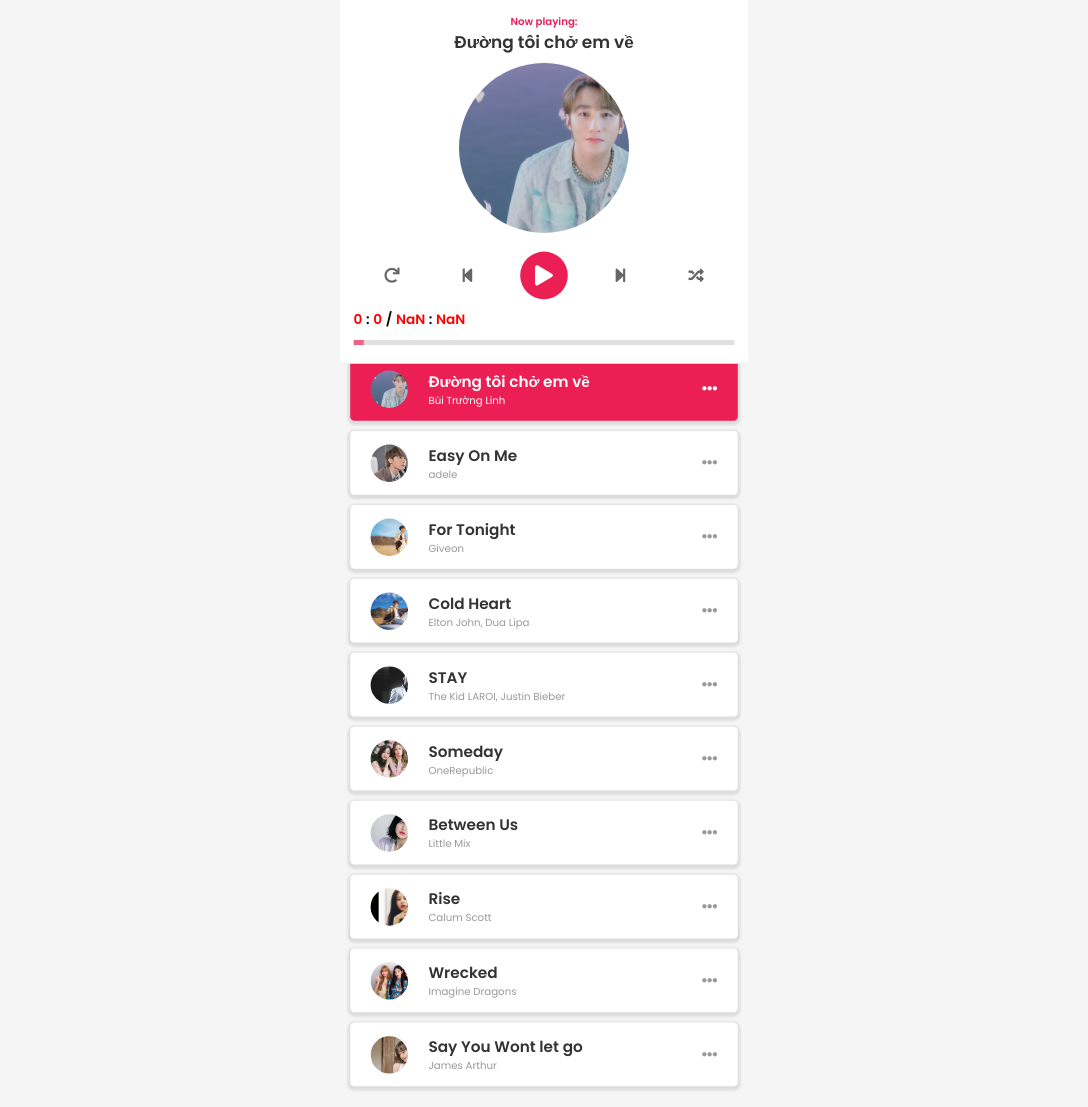
Repository: maivannhan1998/MusicPlayer.github.io
Page: index.html
An editor plug-in stored every save of this project. The page is shown before and after the next save, followed by the edit.
The browser window is 1280 px wide. The pictures show the whole page, at 85% of full size.

Above is the page before, as saved 2021-11-11 21:45:33.

### index.html
<!DOCTYPE html>
<html lang="en">
<head>
    <meta charset="UTF-8">
    <meta http-equiv="X-UA-Compatible" content="IE=edge">
    <meta name="viewport" content="width=device-width, initial-scale=1.0">
    <title>Music Play</title>
    <link rel="stylesheet" href="./assets/css/main.css">
    <link rel="stylesheet" href="https://cdnjs.cloudflare.com/ajax/libs/font-awesome/5.15.2/css/all.min.css" integrity="sha512-HK5fgLBL+xu6dm/Ii3z4xhlSUyZgTT9tuc/hSrtw6uzJOvgRr2a9jyxxT1ely+B+xFAmJKVSTbpM/CuL7qxO8w==" crossorigin="anonymous" />
    <link rel="preconnect" href="https://fonts.gstatic.com">
    <link href="https://fonts.googleapis.com/css2?family=Poppins:wght@300;400;600&display=swap" rel="stylesheet">
</head>
<body>
    <div class="player">
        <!-- Dashboard -->
        <div class="dashboard">
          <!-- Header -->
          <header>
            <h4>Now playing:</h4>
            <h2>String 57th & 9th</h2>
          </header>

          <!-- CD -->
          <div class="cd">
            <div class="cd-thumb">
            </div>
          </div>

          <!-- Control -->
          <div class="control">
                <div class="btn btn-repeat">
                    <i class="fas fa-redo"></i>
                </div>
                <div class="btn btn-prev">
                    <i class="fas fa-step-backward"></i>
                </div>
                <div class="btn btn-toggle-play">
                    <i class="fas fa-pause icon-pause"></i>
                    <i class="fas fa-play icon-play"></i>
                </div>
                <div class="btn btn-next">
                    <i class="fas fa-step-forward"></i>
                </div>
                <div class="btn btn-random">
                    <i class="fas fa-random"></i>
                </div>
          </div>
          <span id="time"></span>
          <b class="dot">:</b>
          <span id="timeCurrent"></span>
          <b class="dash">/</b>
          <span id="duration"></span>
          <b class="mark">:</b>
          <span id="timeDuration"></span>
          <input id="progress" class="progress" type="range" value="0" step="1" min="0" max="100">



          <audio id="audio" src=""></audio>
        </div>

        <!-- Playlist -->
        <div class="playlist">

        </div>

    </div>
    <script>
        /*
        1. render song
        2. scroll top
        3. play / pause / seek
        4. cd rotate
        5. next / prev
        6. random
        7. next / repeat when end
        8. active song
        9. scroll active song into view
        10. play song when click
        */

        const $ = document.querySelector.bind(document);
        const $$ = document.querySelectorAll.bind(document);

        // get element
        const cd = $('.cd');
        const cdWidth  = cd.offsetWidth;

        const heading  = $('header h2');
        const cdThumb = $('.cd-thumb');
        const audio = $('#audio');
        const player  = $('.player');

        const playBtn = $('.btn-toggle-play');

        const progress = $('#progress');

        const nextBtn = $('.btn-next');
        const prevBtn = $('.btn-prev');

        const randomBtn = $('.btn-random');

        const repeatBtn = $('.btn-repeat');

        const playList = $('.playlist');

        const time = $('#time');
        const Duration = $('#duration');
        const timeCurrent = $('#timeCurrent');
        const dot = $('.dot');
        const timeDuration = $('#timeDuration');
        const dash = $('.dash');
        const mark = $('.mark');


        const app = {

        currentIndex: 0,

        isPlaying: false,

        isRandom: false,

        isRepeat: false,

        songs: [
                {
                    name: 'Đường tôi chở em về',
                    singer: 'Bùi Trường Linh',
                    path: './assets/music/song11.mp3',
                    image: './assets/img/img2.jpg'
                }, {
                    name: 'Easy On Me',
                    singer: 'adele',
                    path: './assets/music/song1.mp3',
                    image: './assets/img/img1.jpg'
                }, {
                    name: 'For Tonight',
                    singer: 'Giveon',
                    path: './assets/music/song3.mp3',
                    image: './assets/img/img3.jpg'
                }, {
                    name: 'Cold Heart',
                    singer: 'Elton John, Dua Lipa',
                    path: './assets/music/song4.mp3',
                    image: './assets/img/img4.jpg'
                }, {
                    name: 'STAY',
                    singer: 'The Kid LAROI, Justin Bieber',
                    path: './assets/music/song5.mp3',
                    image: './assets/img/img5.jpg'
                }, {
                    name: 'Someday',
                    singer: 'OneRepublic',
                    path: './assets/music/song6.mp3',
                    image: './assets/img/img6.jpg'
                }, {
                    name: 'Between Us',
                    singer: 'Little Mix',
                    path: './assets/music/song7.mp3',
                    image: './assets/img/img7.jpg'
                }, {
                    name: 'Rise',
                    singer: 'Calum Scott',
                    path: './assets/music/song8.mp3',
                    image: './assets/img/img8.jpg'
                }, {
                    name: 'Wrecked',
                    singer: 'Imagine Dragons',
                    path: './assets/music/song9.mp3',
                    image: './assets/img/img9.jpg'
                }, {
                    name: 'Say You Wont let go',
                    singer: 'James Arthur',
                    path: './assets/music/song10.mp3',
                    image: './assets/img/img10.jpg'
                }
            ],

            render: function(){
                const htmls = this.songs.map((song, index) => {
                    return `
                        <div class="song ${index === this.currentIndex ? 'active' : '' }" data-index = "${index}">
                            <div class="thumb"
                                style="background-image: url('${song.image}')">
                            </div>
                            <div class="body">
                                <h3 class="title">${song.name}</h3>
                                <p class="author">${song.singer}</p>
                            </div>
                            <div class="option">
                                <i class="fas fa-ellipsis-h"></i>
                            </div>
                        </div>
                    `
                })
                playList.innerHTML = htmls.join('')
            },




            defineProperties: function(){
                Object.defineProperty(this, 'currentSong', {
                    get: function(){
                        return this.songs[this.currentIndex];
                    }
                })
            },

            handleEvents: function() {
                // handle cd turn / stop
                const cdAnimate =  cd.animate([

                { transform: 'rotate(360deg)' },
                ], {
                duration: 10000,
                iterations: Infinity
                });
                cdAnimate.pause()

                // handle zoom in / zoom out video
                document.onscroll = function () {
                    const scrollTop = window.scrollY || document.documentElement.scrollTop;
                    const newCdWidth = cdWidth - scrollTop;

                    cd.style.width = newCdWidth > 0 ? newCdWidth + 'px' : 0;
                    cd.style.opacity = newCdWidth / cdWidth;
                }

                // handle when click play
                playBtn.onclick = function() {
                    if(app.isPlaying) {
                        audio.pause();
                    }
                    else{
                        audio.play();
                    }




                    // case 2 use toggle
                    // app.isPlaying = !app.isPlaying
                    // // if true : play() ,if false : pause()
                    // app.isPlaying ? audio.play() : audio.pause()
                    // player.classList.toggle('playing',app.isPlaying)
                },

                // when song is paused
                audio.onpause = function() {
                        cdAnimate.pause()
                        app.isPlaying =  false;
                        player.classList.remove('playing');
                }
                    // when song is played
                audio.onplay = function() {
                        cdAnimate.play()
                        app.isPlaying = true;
                        player.classList.add('playing');
                },

                // when the song duration changes
                audio.ontimeupdate = function() {
                    if(audio.duration) {
                        const progressPercent = Math.floor(audio.currentTime / audio.duration * 100);
                        progress.value = progressPercent;
                    }
                    const minutes = audio.duration/60;
                    const millisecond = minutes*10;
                    const times =  audio.currentTime/60;
                    const timeCurrents = (times*10);
                    timeCurrent.innerHTML = timeCurrents.toFixed();
                    time.innerHTML = times.toFixed();
                    Duration.innerHTML = minutes.toFixed();
                    timeDuration.innerHTML = millisecond.toFixed();
                    dot.style.display = "inline-block";
                    dash.style.display = "inline-block";
                    mark.style.display = "inline-block";
                },

                // Xử lí khi tua bài hát
                progress.oninput = function(e) {
                    const seekTime  = e.target.value * audio.duration / 100;
                    audio.currentTime = seekTime;
                },



                //  next song
                nextBtn.onclick = function() {
                    if(app.isRandom) {
                        app.playRandomSong()
                    }
                    else {
                        app.nextSong();
                    }
                    audio.play();
                    app.render()
                    app.scrollInToView();

                },

                // backward song
                prevBtn.onclick = function() {
                    if(app.isRandom) {
                        app.playRandomSong()
                    }
                    else {
                        app.prevSong();
                    }
                    audio.play();
                    app.render()
                    app.scrollInToView();

                },

                // turn on / off random
                randomBtn.onclick = function() {
                if(app.isRandom) {
                        app.isRandom = false;
                        randomBtn.classList.remove('active')
                    }
                    else {
                        app.isRandom = true;
                        randomBtn.classList.add('active')
                        }
                    // use toggle
                    // app.isRandom = !app.isRandom;
                    // randomBtn.classList.toggle('active', app.isRandom);
                },

                repeatBtn.onclick = function() {
                    app.isRepeat = !app.isRepeat
                    repeatBtn.classList.toggle('active', app.isRepeat);
                }

                audio.onended = function() {
                    if(app.isRepeat) {
                        audio.play()
                    }
                    else {
                        // click(): auto click button next
                        nextBtn.click();
                    }
                }

                playList.onclick = function(e) {
                    const songNode = e.target.closest('.song:not(.active)');
                    if(songNode || e.target.closest('.option')) {
                        if(e.target.closest('.song:not(.active)')) {
                            app.currentIndex = Number(songNode.getAttribute('data-index'))
                            app.loadCurrentSong();
                            audio.play();
                            app.render()
                        }
                    }
                }
            },

            loadCurrentSong: function() {

                heading.innerText = this.currentSong.name;
                cdThumb.style.backgroundImage = `url('${this.currentSong.image}')`;
                audio.src = this.currentSong.path;

            },

            // handle next Song
            nextSong: function() {
                this.currentIndex++;
                if(this.currentIndex >= this.songs.length) {
                    this.currentIndex = 0;
                }
                this.loadCurrentSong();
            },

            prevSong: function() {
                this.currentIndex--;
                if(this.currentIndex < 0) {
                    this.currentIndex = this.songs.length - 1
                }

                this.loadCurrentSong();
            },

            playRandomSong: function() {
                let newSong;
                do {
                    newSong = Math.floor(Math.random() * this.songs.length)
                }
                while(newSong === this.currentIndex)

                this.currentIndex = newSong;
                this.loadCurrentSong();

            },

            scrollInToView: function() {
              setTimeout(function() {
                $('.song.active').scrollIntoView({
                    behavior: 'smooth',
                    block: 'center'

                });
              },200)
            },

            start: function() {
                // Define attributes for Obj
                this.defineProperties();

                // listen / handle events (Dom events)
                this.handleEvents();

                // Load this first song info into UI when running the app
                this.loadCurrentSong();

                // render playlist
                this.render();
            }
        }
        app.start();


    </script>
</body>
</html>

### assets/css/main.css
:root {
  --primary-color: #ec1f55;
  --text-color: #333;
}

* {
  padding: 0;
  margin: 0;
  box-sizing: inherit;
}

body {
  background-color: #f5f5f5;
}

html {
  box-sizing: border-box;
  font-family: "Poppins", sans-serif;
}

.player {
  position: relative;
  max-width: 480px;
  margin: 0 auto;
}

.player .icon-pause {
  display: none;
}

.player.playing .icon-pause {
  display: inline-block;
}

.player.playing .icon-play {
  display: none;
}

.dashboard {
  position: fixed;
  padding: 16px 16px 14px;
  background-color: #fff;
  top: 0;
  width: 100%;
  max-width: 480px;
  border-bottom: 1px solid #ebebeb;
}

header {
  text-align: center;
  margin-bottom: 10px;
}

header h2 {
  color: var(--text-color);
  font-size: 20px;
}

header h4 {
  color: var(--primary-color);
  font-size: 12px;
}

.cd {
  display: flex;
  margin: auto;
  width: 200px;
}

.cd-thumb {
  background-image: url('/assets/img/img10.jpg');
  width: 100%;
  padding-top: 100%;
  border-radius: 50%;
  background-color: #333;
  background-size: cover;
  margin: auto;
}

.control {
  display: flex;
  align-items: center;
  justify-content: space-around;
  padding: 18px 0 8px 0;
}

.control .btn {
  color: #666;
  padding: 18px;
  font-size: 18px;
}

.control .btn.active {
  color: var(--primary-color);
}

.control .btn-toggle-play {
  display: flex;
  align-items: center;
  justify-content: center;
  width: 56px;
  height: 56px;
  border-radius: 50%;
  font-size: 24px;
  color: #fff;
  background-color: var(--primary-color);
}

#time,
#duration,
#timeCurrent,
#timeDuration {
    font-weight: bold;
    color: red;
}
/* .dot,.dash ,.mark{
    display: none;
    color: #fff;
} */

.progress {
  width: 100%;
  -webkit-appearance: none;
  appearance: none;
  height: 6px;
  background: #d3d3d3;
  outline: none;
  opacity: 0.7;
  -webkit-transition: 0.2s;
  transition:  opacity 0.2s;
}

.progress::-webkit-slider-thumb {
  -webkit-appearance: none;
  appearance: none;
  cursor: pointer;
  background-color: var(--primary-color);
  width: 12px;
  height: 6px;
}

.playlist {
  margin-top: 408px;
  padding: 12px;
}
.song {
  display: flex;
  align-items: center;
  margin-bottom: 12px;
  background-color: #fff;
  padding: 8px 16px;
  border-radius: 5px;
  box-shadow: 0 2px 3px 3px rgba(0, 0, 0, 0.1);
}

.song.active {
  background-color: var(--primary-color);
}

.song:active {
  opacity: 0.8;
}

.song.active .option,
.song.active .author,
.song.active .title {
  color: #fff;
}

.song .thumb {
  width: 44px;
  height: 44px;
  border-radius: 50%;
  background-size: cover;
  margin: 0 8px;
}

.song .body {
  flex: 1;
  padding: 0 16px;
}

.song .title {
  font-size: 18px;
  color: var(--text-color);
}

.song .author {
  font-size: 12px;
  color: #999;
}

  .song .option {
    padding: 16px 8px;
    color: #999;
    font-size: 18px;
  }

After the next save:
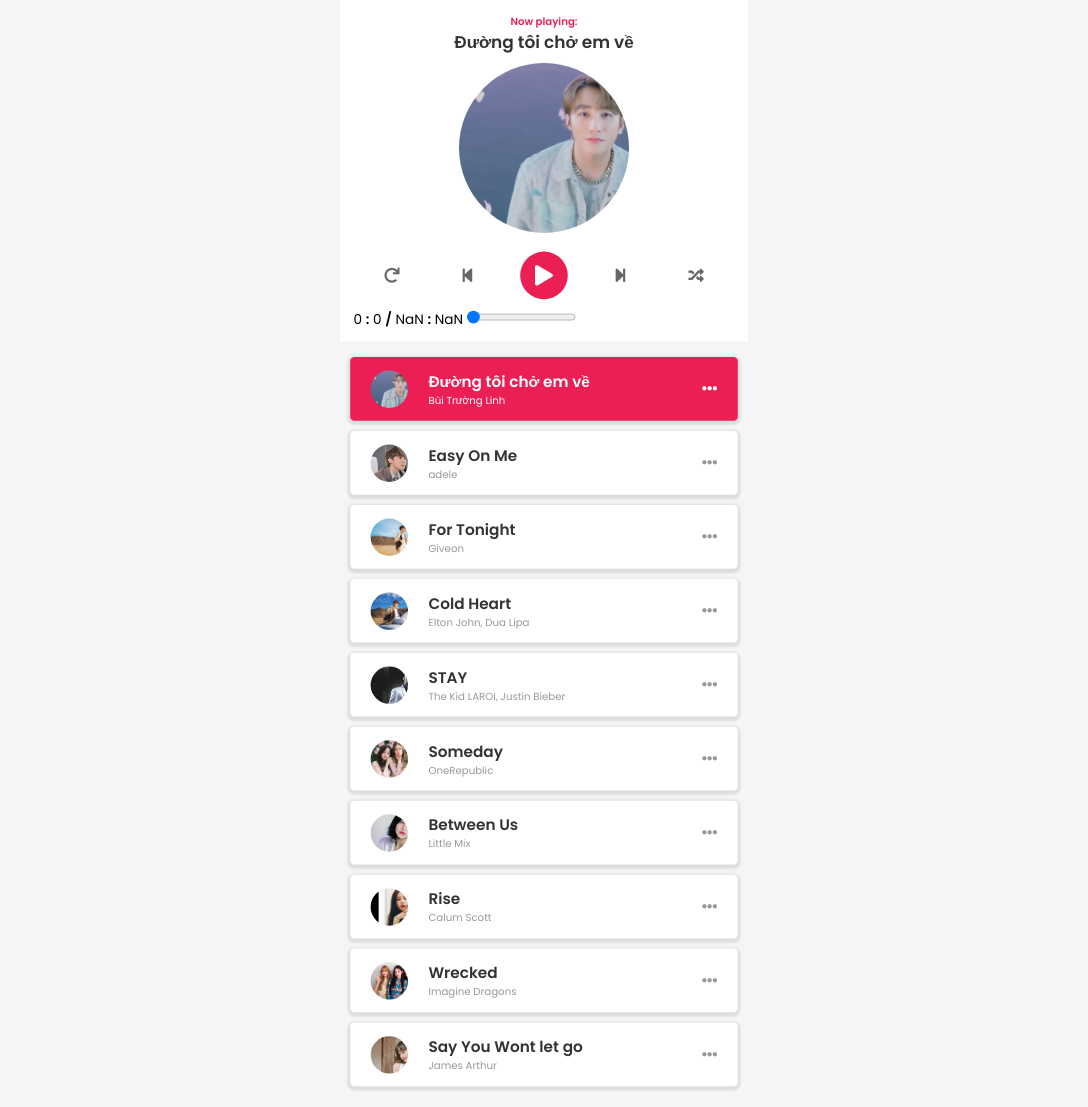
Saved 11 s later.
--- a/assets/css/main.css
+++ b/assets/css/main.css
@@ -106,7 +106,7 @@ header h4 {
   background-color: var(--primary-color);
 }
 
-#time,
+/* #time,
 #duration,
 #timeCurrent,
 #timeDuration {
@@ -116,7 +116,7 @@ header h4 {
 /* .dot,.dash ,.mark{
     display: none;
     color: #fff;
-} */
+} */ */
 
 .progress {
   width: 100%;
